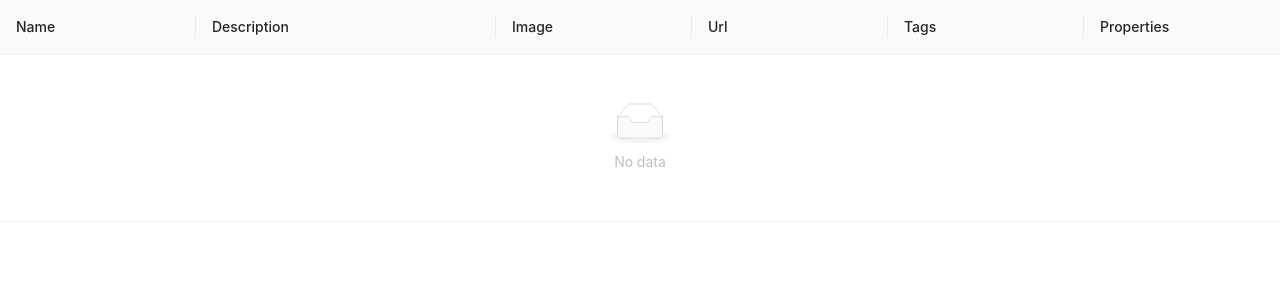
Repository: nitpfy/vote-applet
Page: / (app in table/)
The author's editor kept a copy of each file at every save. The page is drawn from the files as they stood at one save, then again after the next save.
The browser window is 1280 px wide. The pictures show the whole page.
The page's requests for data from a server got no answer. The project was rebuilt for these pictures with package versions that can differ from the ones it lists, and the page was loaded fresh each time. No one was signed in, and anything a server would have sent is missing.

Above is the page before, as saved 2022-01-20 00:29:01.

After the next save:
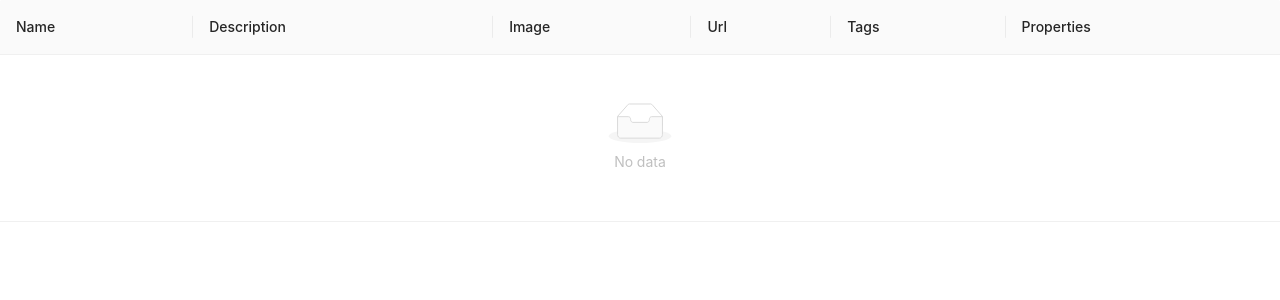
Saved 96 s later.
--- a/table/src/App.js
+++ b/table/src/App.js
@@ -52,8 +52,18 @@ export default memo(function App() {
       dataIndex: 'description',
       key: 'description',
       width:'300px',
-      ellipsis:true,
       render: text => <p>{text}</p>,
+      onCell: () => {
+        return {
+          style: {
+            maxWidth: 300,
+            overflow: 'hidden',
+            whiteSpace: 'nowrap',
+            textOverflow:'ellipsis',
+            cursor:'pointer'
+          }
+        }
+      },
     },
     {
       title: 'Image',
